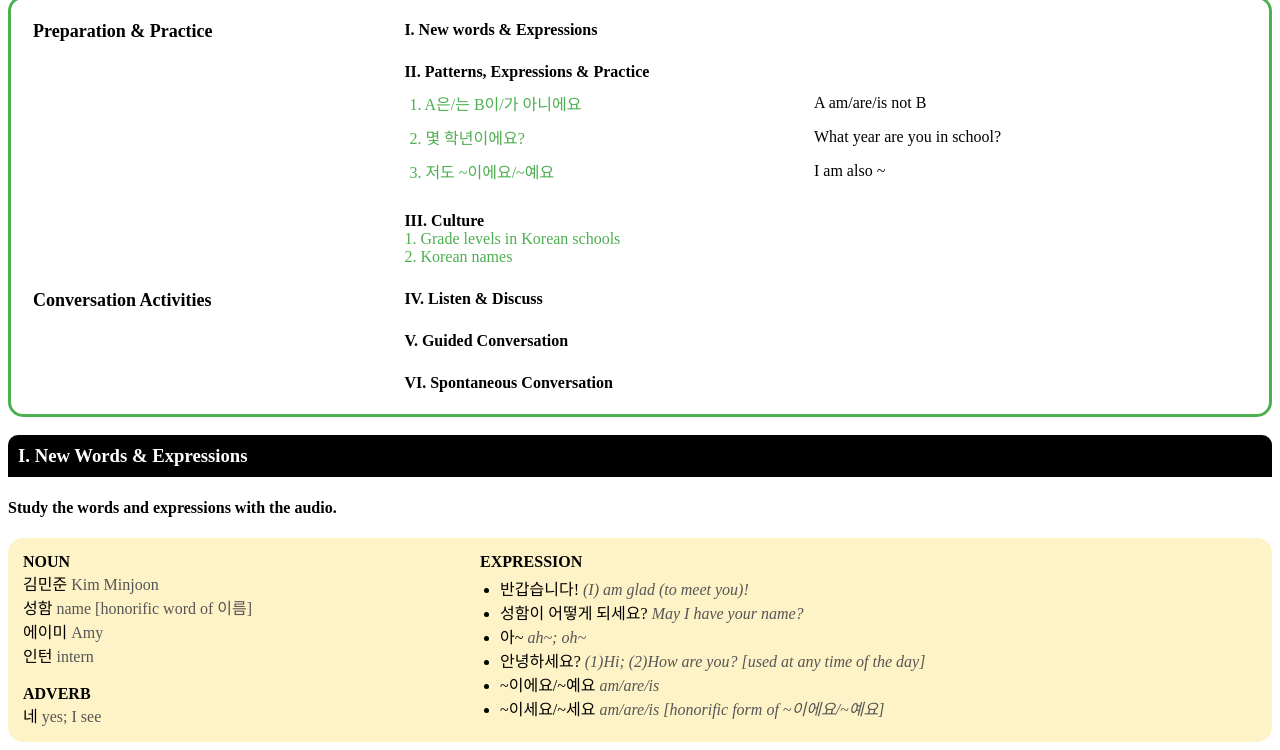
Repository: elliehong89/pineapple-content
Page: 1.anytimekorea/chap3/섹션1~3.html
The author's editor kept a copy of each file at every save. The page is drawn from the files as they stood at one save, then again after the next save.
The browser window is 1280 px wide. The pictures show the part of the page from y = 416 to 1166 px (the page is 1166 px tall before and 1148 px after).
A picture or video elsewhere on the page could not be fetched, so the positions and the page height are approximate.

Above is the page before, as saved 2025-02-19 16:32:02.

### 1.anytimekorea/chap3/섹션1~3.html
<!-- +++++ 챕터 3 +++++  -->
<h2><strong>| Asking one's year in school and university</strong></h2>
<h4 class="caption">Asking one's year in school and university</h4>
<p><img src="http://api.pineapple.ac:80/textbook/textbookContents/images/9781635190151/0c3aafb0-3dfa-49e1-9001-c0cc26fb8da4.png"><br></p>
<!-- 섹션 2 -->
<div style="border: 3px solid #4CAF50; border-radius: 15px; padding: 10px;">
    <table style="border-collapse: collapse; width: 100%;">
        <tbody>
            <tr>
                <td rowspan="3" style="width: 30%; font-size: 18px; font-weight: bold; padding: 12px; vertical-align: top;">Preparation &amp; Practice</td>
                <td style="width: 70%; padding: 12px; font-weight: bold;">I. New words &amp; Expressions</td>
            </tr>
            <tr>
                <td style="padding: 12px;">
                    <strong>II. Patterns, Expressions &amp; Practice</strong>
                    <table style="width: 100%; border-collapse: collapse; margin-top: 5px;">
                        <tbody>
                            <tr>
                                <td style="color: #4CAF50; padding: 5px;">1. A은/는 B이/가 아니에요</td>
                                <td style="padding: 5px;">A am/are/is not B</td>
                            </tr>
                            <tr>
                                <td style="color: #4CAF50; padding: 5px;">2. 몇 학년이에요?</td>
                                <td style="padding: 5px;">What year are you in school?</td>
                            </tr>
                            <tr>
                                <td style="color: #4CAF50; padding: 5px;">3. 저도 ~이에요/~예요</td>
                                <td style="padding: 5px;">I am also ~</td>
                            </tr>
                        </tbody>
                    </table>
                </td>
            </tr>
            <tr>
                <td style="padding: 12px;">
                    <strong>III. Culture</strong><br>
                    <span style="color: #4CAF50;">1. Grade levels in Korean schools</span><br>
                    <span style="color: #4CAF50;">2. Korean names</span><br>
                </td>
            </tr>
            <tr>
                <td rowspan="3" style="width: 30%; font-size: 18px; font-weight: bold; padding: 12px; vertical-align: top;">Conversation Activities</td>
                <td style="padding: 12px;"><strong>IV. Listen &amp; Discuss</strong></td>
            </tr>
            <tr>
                <td style="padding: 12px;"><strong>V. Guided Conversation</strong></td>
            </tr>
            <tr>
                <td style="padding: 12px;"><strong>VI. Spontaneous Conversation</strong></td>
            </tr>
        </tbody>
    </table>
</div>

<h3 style="border-top-left-radius: 10px; border-top-right-radius: 10px; color: #ffffff; background-color: #000000; padding: 10px;">I. New Words &amp; Expressions</h3>
<h4> Study the words and expressions with the audio.</h4>

<div style="border: 3px; background-color: rgb(254, 243, 199); border-radius: 15px; padding: 15px;">
    <div style="display: flex; gap: 20px;">
        <div style="width: 36%;">
            <div><strong>NOUN</strong></div>
            <div>김민준 <span style="color: #555;">Kim Minjoon</span></div>
            <div>성함 <span style="color: #555;">name [honorific word of 이름]</span></div>
            <div>에이미 <span style="color: #555;">Amy</span></div>
            <div>인턴 <span style="color: #555;">intern</span></div>
            <br>
            <div><strong>ADVERB</strong></div>
            <div>네 <span style="color: #555;">yes; I see</span></div>
        </div>
        <div style="width: 64%;">
            <div><strong>EXPRESSION</strong></div>
            <ul style="padding-left: 20px; margin: 5px 0;">
                <li>반갑습니다! <span style="color: #555;"><em>(I) am glad (to meet you)!</em></span></li>
                <li>성함이 어떻게 되세요? <span style="color: #555;"><em>May I have your name?</em></span></li>
                <li>아~ <span style="color: #555;"><em>ah~; oh~</em></span></li>
                <li>안녕하세요? <span style="color: #555;"><em>(1)Hi; (2)How are you? [used at any time of the day]</em></span></li>
                <li>~이에요/~예요 <span style="color: #555;"><em>am/are/is</em></span></li>
                <li>~이세요/~세요 <span style="color: #555;"><em>am/are/is [honorific form of ~이에요/~예요]</em></span></li>
            </ul>
        </div>
    </div>
</div>

After the next save:
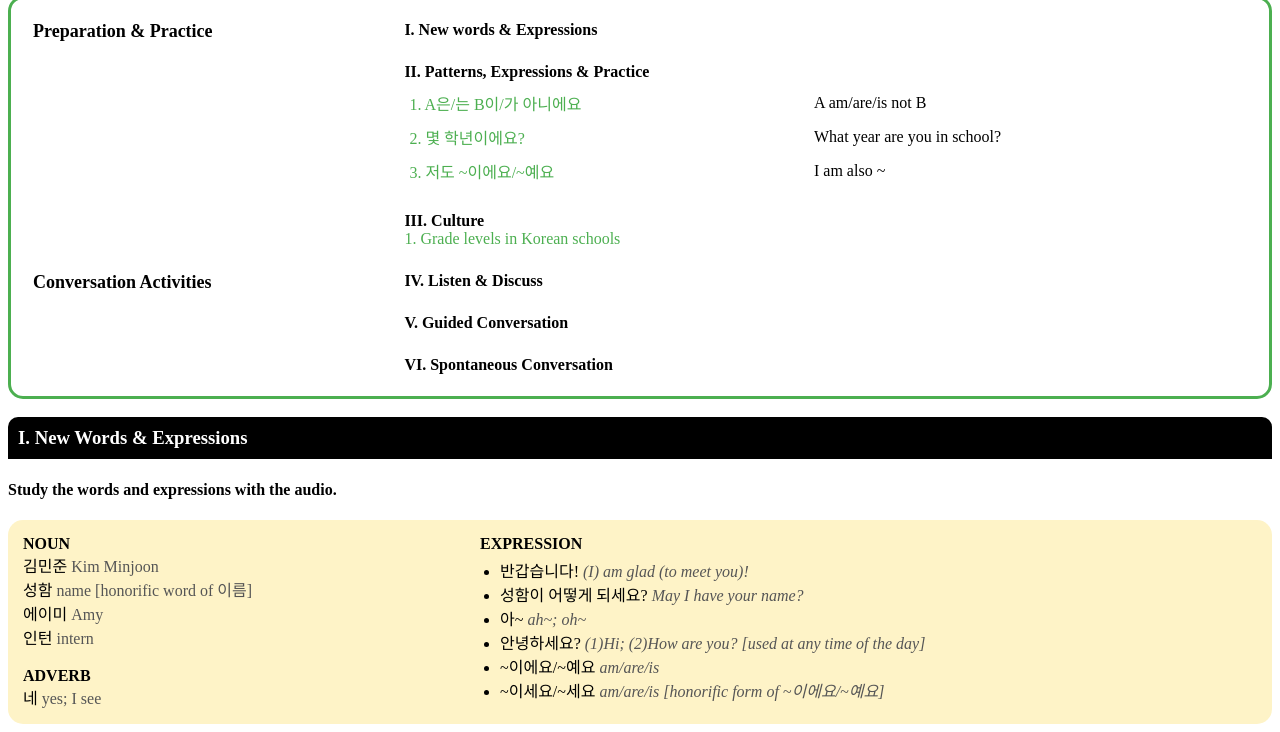
Saved 29 s later.
--- a/1.anytimekorea/chap3/섹션1~3.html
+++ b/1.anytimekorea/chap3/섹션1~3.html
@@ -35,7 +35,6 @@
                 <td style="padding: 12px;">
                     <strong>III. Culture</strong><br>
                     <span style="color: #4CAF50;">1. Grade levels in Korean schools</span><br>
-                    <span style="color: #4CAF50;">2. Korean names</span><br>
                 </td>
             </tr>
             <tr>
